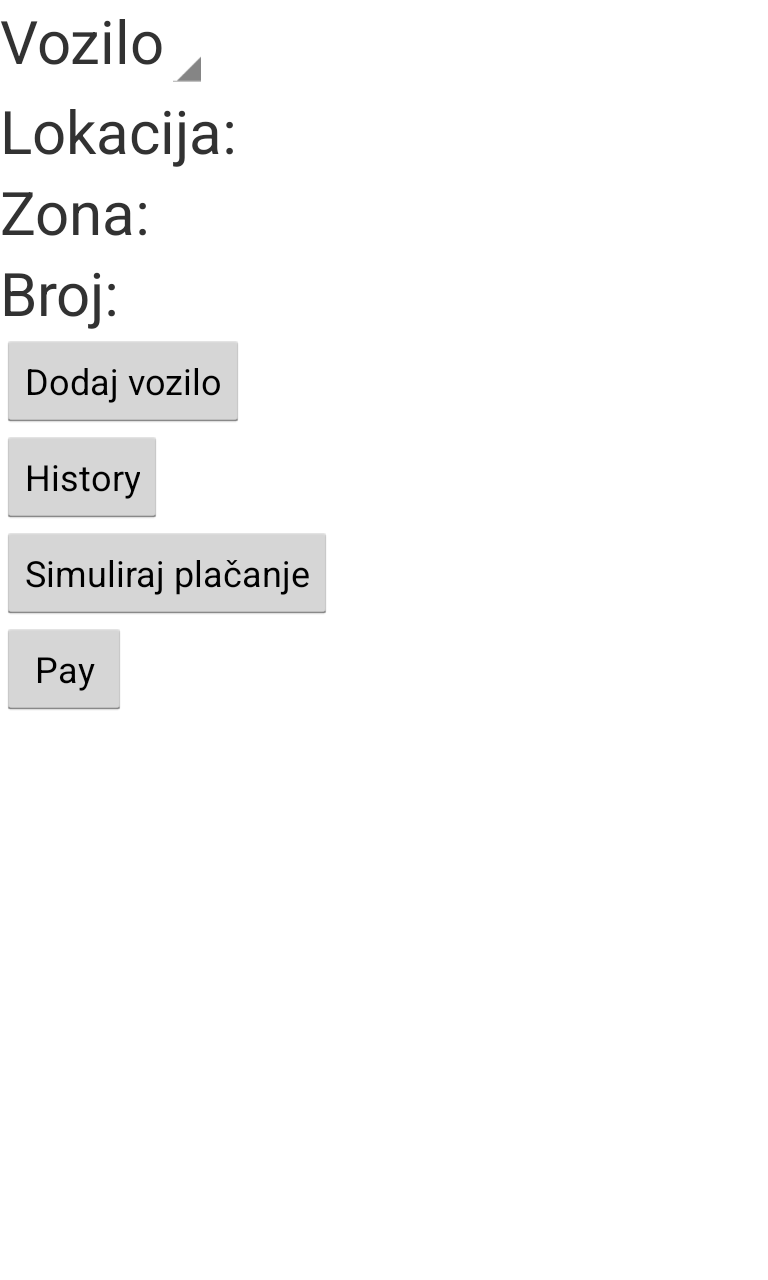
Repository: Kondorcom/GPS_parking
Layout: GPSParking/res/layout/activity_main.xml
An editor plug-in stored every save of this project. The layout is shown before and after the next save, followed by the edit.
It is drawn on a 768 x 1280 px phone screen (xhdpi) without system bars, with theme AppTheme; the app's code is not run. The app's manifest (not shown) leaves right-to-left support off. So textAlignment, textDirection and layoutDirection are ignored, and left and right values win over start and end ones.

Above is the layout before, as saved 2016-05-16 10:53:51.

After the next save:
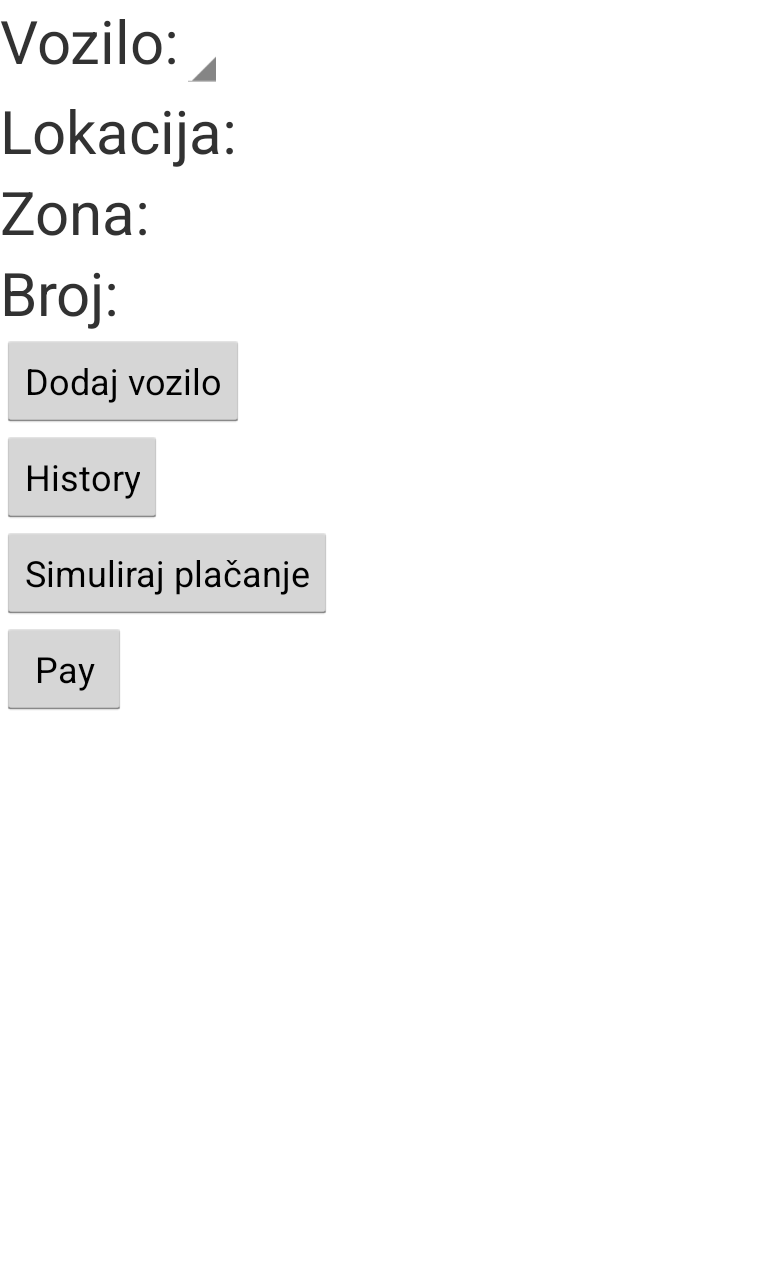
Saved 31 s later.
--- a/GPSParking/res/layout/activity_main.xml
+++ b/GPSParking/res/layout/activity_main.xml
@@ -14,7 +14,7 @@
             android:id="@+id/textView1"
             android:layout_width="wrap_content"
             android:layout_height="wrap_content"
-            android:text="Vozilo"
+            android:text="Vozilo:"
             android:textSize="30sp" />
 
         <Spinner
